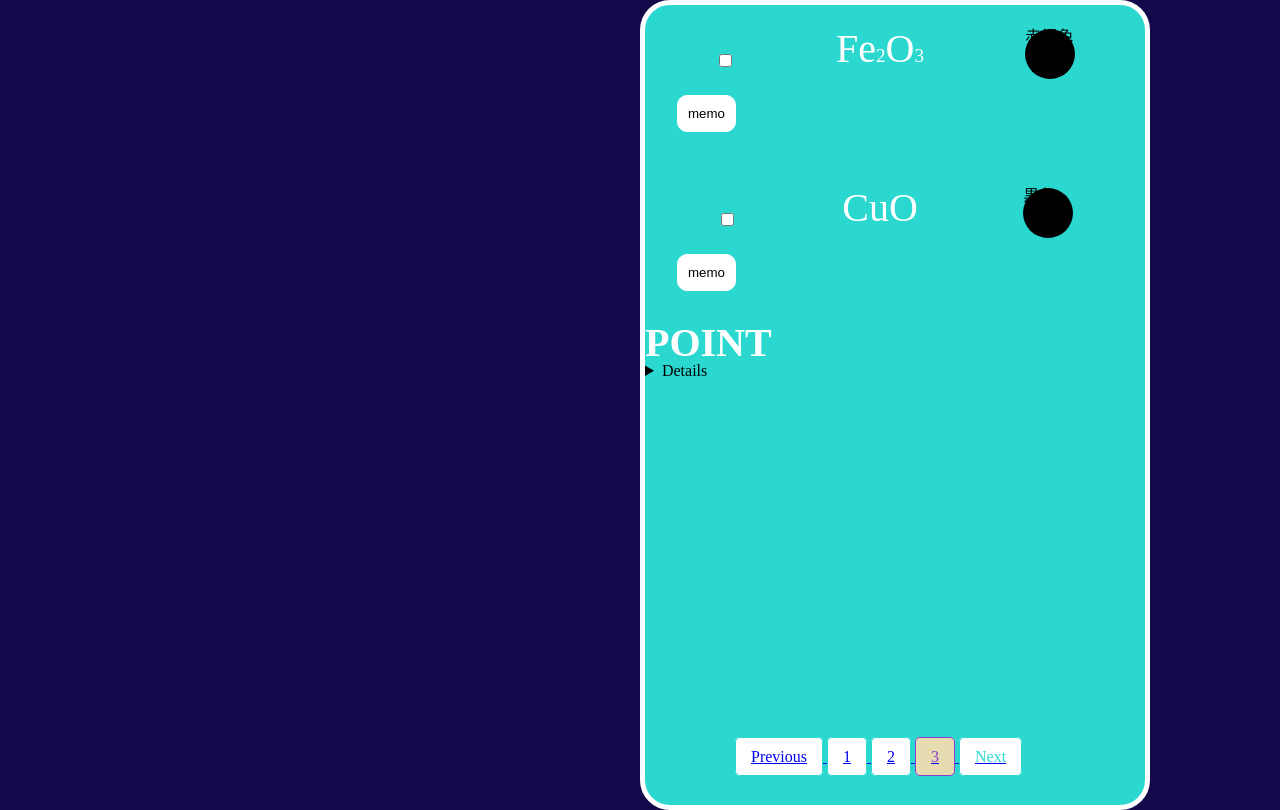
Repository: 1000sky/Inorganic_chemistry_application
Page: http://localhost/index4
The author's editor kept a copy of each file at every save. The page is drawn from the files as they stood at one save, then again after the next save.
The browser window is 1280 px wide. The pictures show the whole page.
The page is served by the project's Laravel application, run on PHP 8.4 with Laravel 8.

Above is the page before, as saved 2022-07-16 20:18:31.

After the next save:
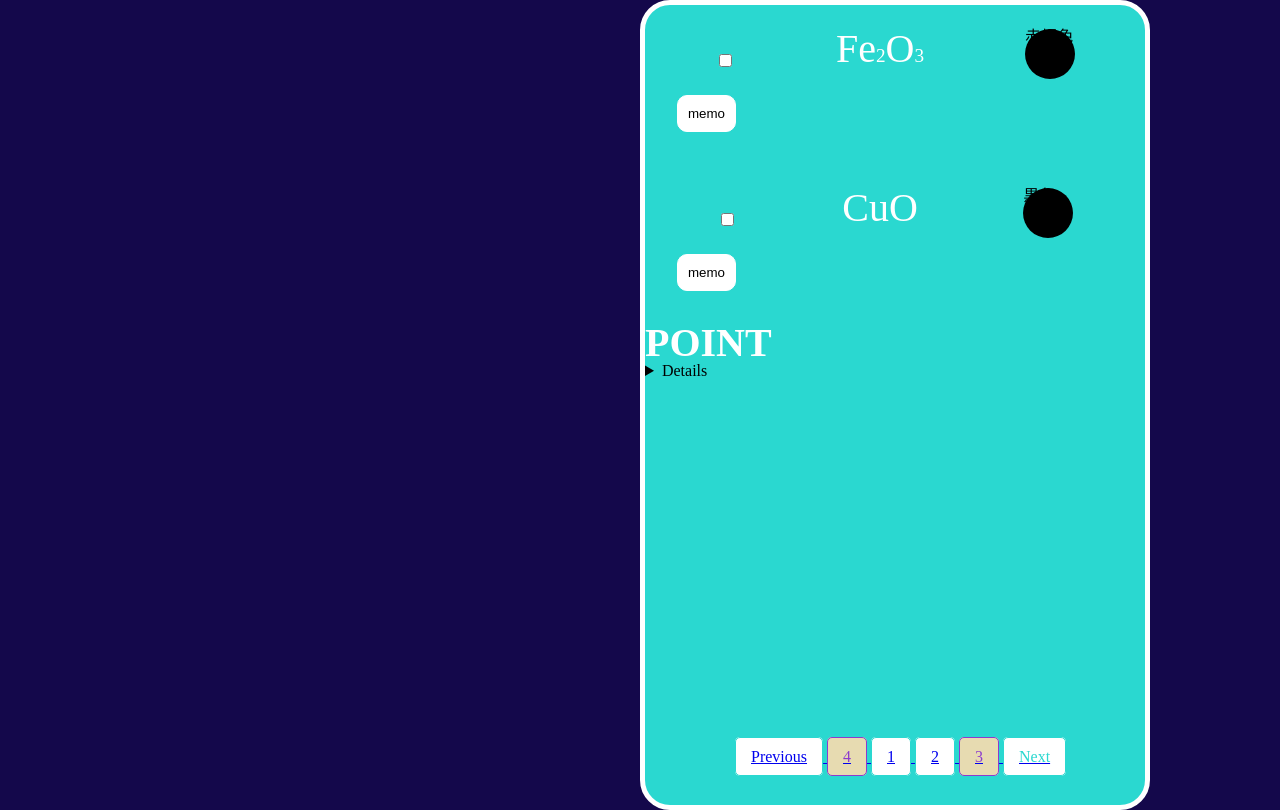
Saved 19 s later.
--- a/application/resources/views/index4.blade.php
+++ b/application/resources/views/index4.blade.php
@@ -61,6 +61,7 @@
 
      <ul class="page">
        <li><a href="/index3">Previous</li>
+       <li class="this">4</li>
        <li><a href="/">1</li>
        <li><a href="/index2">2</li>
        <li class="this">3</li>
